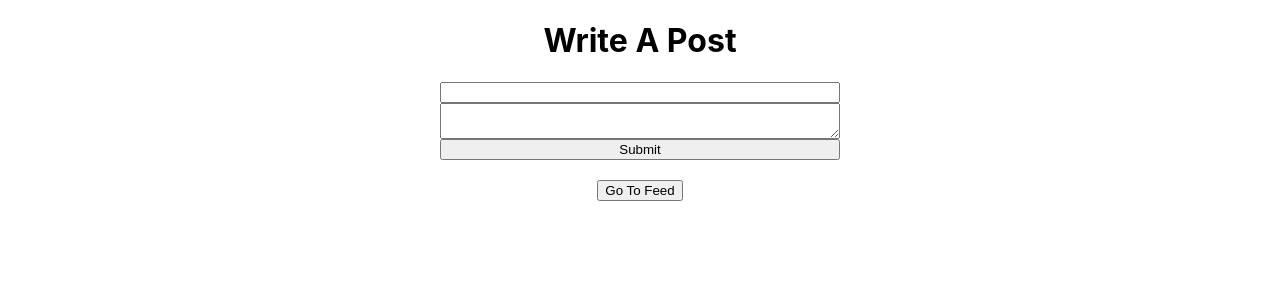
Repository: shaelorch/comp-week4
Page: /addPosts
The author's editor kept a copy of each file at every save. The page is drawn from the files as they stood at one save, then again after the next save.
The browser window is 1280 px wide. The pictures show the whole page.
The project was rebuilt for these pictures with package versions that can differ from the ones it lists, and the page was loaded fresh each time. The framework's server and built-in components were replaced by stand-ins that run in the browser. Also part of the build but not shown: next.config.js.

Above is the page before, as saved 2023-01-31 23:08:17.

After the next save:
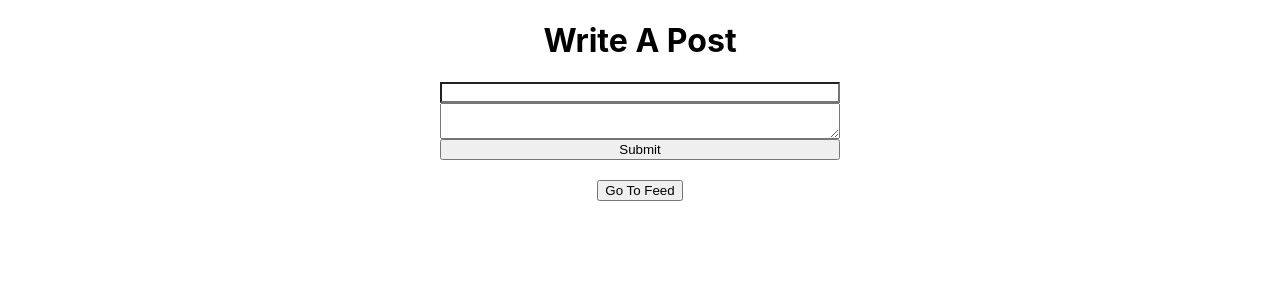
Saved 21 s later.
--- a/pages/addPosts.js
+++ b/pages/addPosts.js
@@ -16,7 +16,7 @@ export default function Home({posts}) {
   <h1>Write A Post</h1>
 
         <form onSubmit={handleSubmit} style={{display: "flex", flexDirection: "column", width:400}}>
-          <input type="text" value={title} onChange={(e) => setTitle(e.target.value)} />
+          <input style={{backgroundColor:'white'}} type="text" value={title} onChange={(e) => setTitle(e.target.value)} />
           <textarea value={content} onChange={(e) => setContent(e.target.value)} />
 
 
